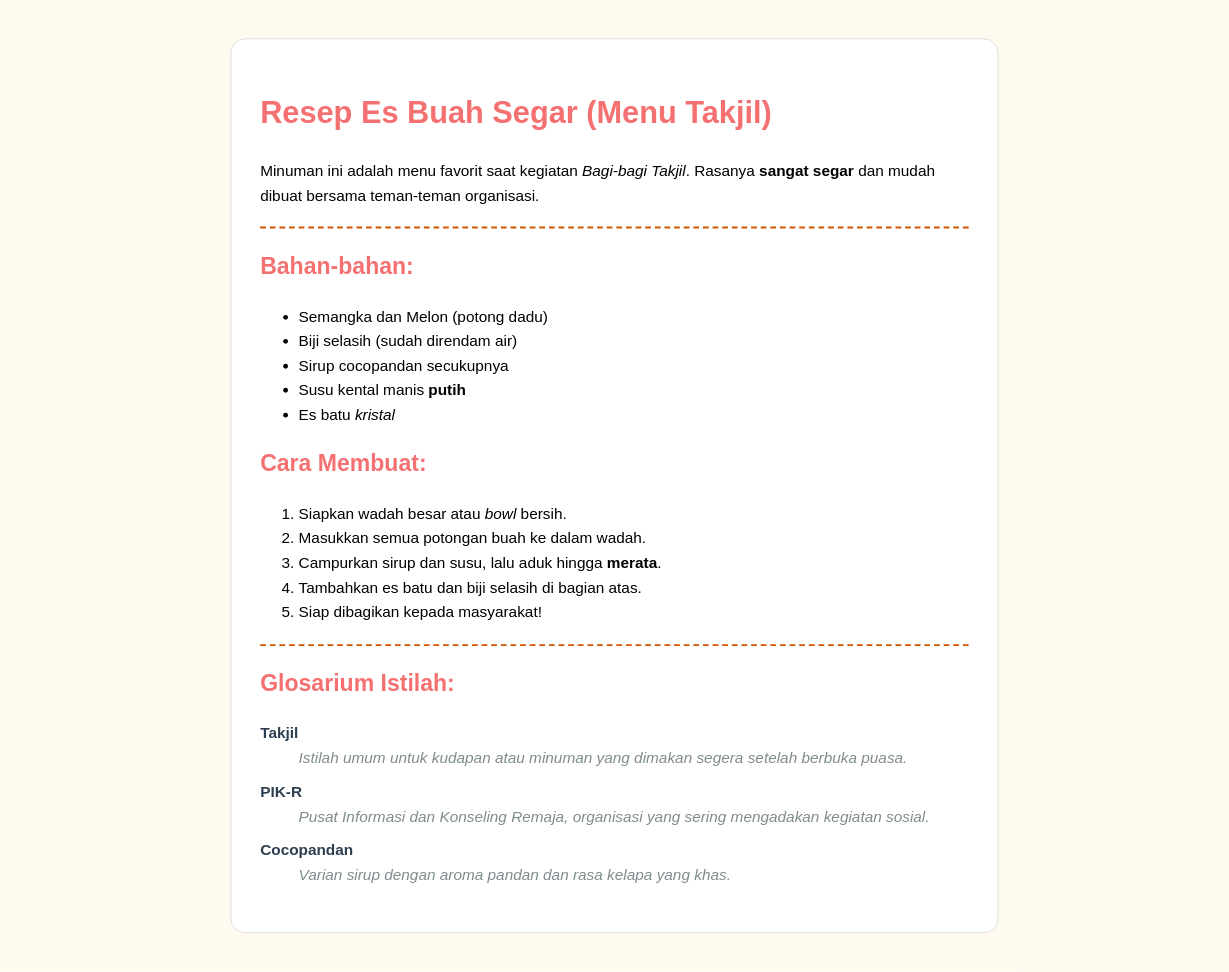
Repository: sekartazivi/241552010020-Web-Application-Development
Page: tugas pertemuan 2/latihan3.html
These files come from the project's save history. The page is drawn as it stood at one moment and after the next save; the edit follows.
The browser window is 1280 px wide. The pictures show the whole page, at 96% of full size.

Above is the page before, as saved 2026-02-23 14:30:53.

### tugas pertemuan 2/latihan3.html
<!DOCTYPE html>
<html lang="id">
<head>
    <meta charset="UTF-8">
    <title>Resep Takjil Segar - Denvi Sekartazi</title>
    <style>
        body { font-family: sans-serif; line-height: 1.6; max-width: 800px; margin: 20px auto; padding: 20px; background-color: #fffaf0; }
        .recipe-card { background: white; padding: 30px; border-radius: 15px; border: 1px solid #ddd; }
        h1, h2 { color: #f57070; }
        dt { font-weight: bold; color: #2c3e50; margin-top: 10px; }
        dd { font-style: italic; color: #7f8c8d; }
        hr { border: 0; border-top: 2px dashed #d35400; margin: 20px 0; }
    </style>
</head>
<body>

<div class="recipe-card">
    <h1>Resep Es Buah Segar (Menu Takjil)</h1>
    <p>Minuman ini adalah menu favorit saat kegiatan <em>Bagi-bagi Takjil</em>. Rasanya <strong>sangat segar</strong> dan mudah dibuat bersama teman-teman organisasi.</p>

    <hr>

    <h2>Bahan-bahan:</h2>
    <ul>
        <li>Semangka dan Melon (potong dadu)</li>
        <li>Biji selasih (sudah direndam air)</li>
        <li>Sirup cocopandan secukupnya</li>
        <li>Susu kental manis <strong>putih</strong></li>
        <li>Es batu <em>kristal</em></li>
    </ul>

    <h2>Cara Membuat:</h2>
    <ol>
        <li>Siapkan wadah besar atau <em>bowl</em> bersih.</li>
        <li>Masukkan semua potongan buah ke dalam wadah.</li>
        <li>Campurkan sirup dan susu, lalu aduk hingga <strong>merata</strong>.</li>
        <li>Tambahkan es batu dan biji selasih di bagian atas.</li>
        <li>Siap dibagikan kepada masyarakat!</li>
    </ol>

    <hr>

    <h2>Glosarium Istilah:</h2>
    <dl>
        <dt>Takjil</dt>
        <dd>Istilah umum untuk kudapan atau minuman yang dimakan segera setelah berbuka puasa.</dd>

        <dt>PIK-R</dt>
        <dd>Pusat Informasi dan Konseling Remaja, organisasi yang sering mengadakan kegiatan sosial.</dd>

        <dt>Cocopandan</dt>
        <dd>Varian sirup dengan aroma pandan dan rasa kelapa yang khas.</dd>
    </dl>
</div>

</body>
</html>

After the next save:
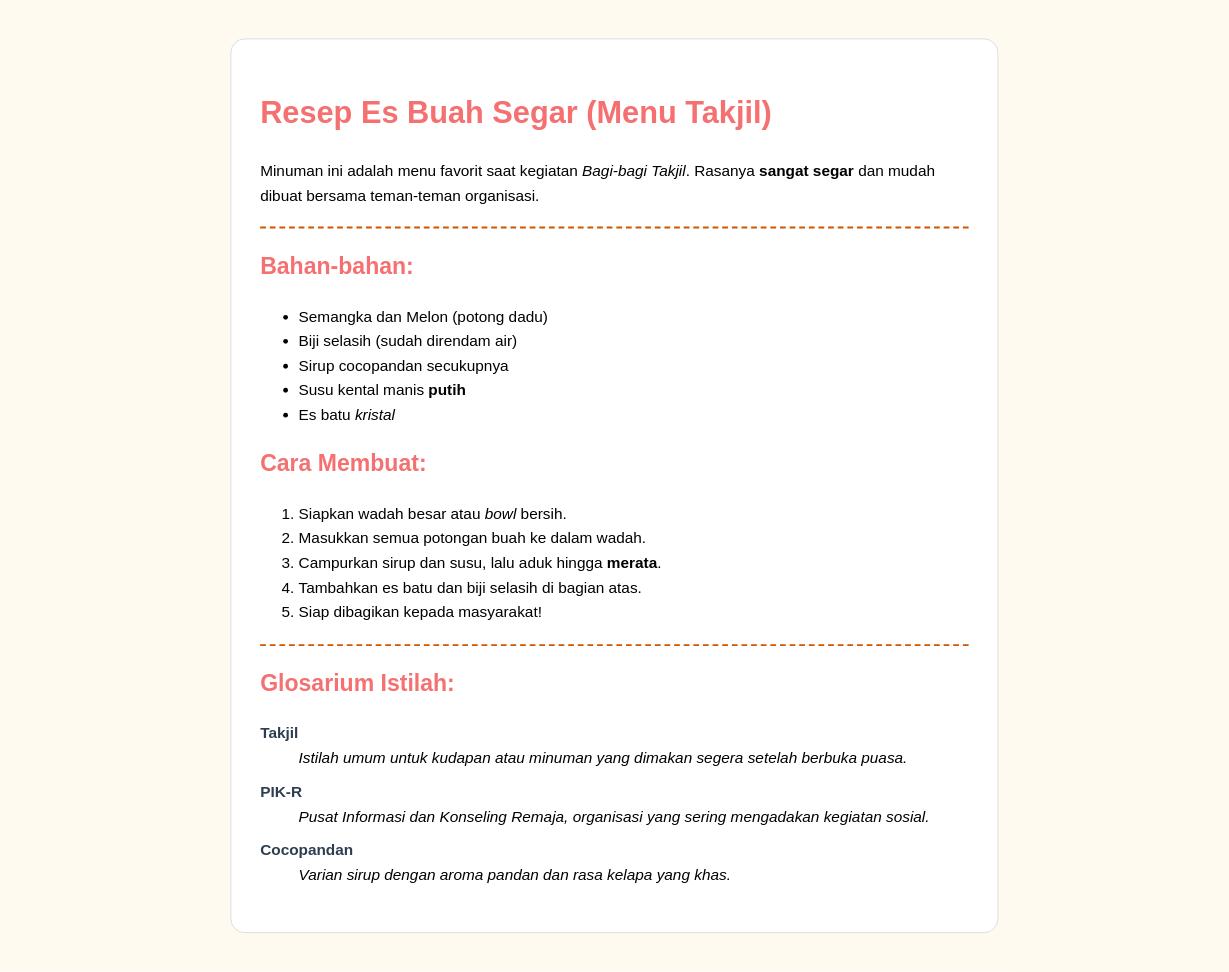
Saved 31 s later.
--- a/tugas pertemuan 2/latihan3.html
+++ b/tugas pertemuan 2/latihan3.html
@@ -8,7 +8,7 @@
         .recipe-card { background: white; padding: 30px; border-radius: 15px; border: 1px solid #ddd; }
         h1, h2 { color: #f57070; }
         dt { font-weight: bold; color: #2c3e50; margin-top: 10px; }
-        dd { font-style: italic; color: #7f8c8d; }
+        dd { font-style: italic; color: #000000; }
         hr { border: 0; border-top: 2px dashed #d35400; margin: 20px 0; }
     </style>
 </head>
